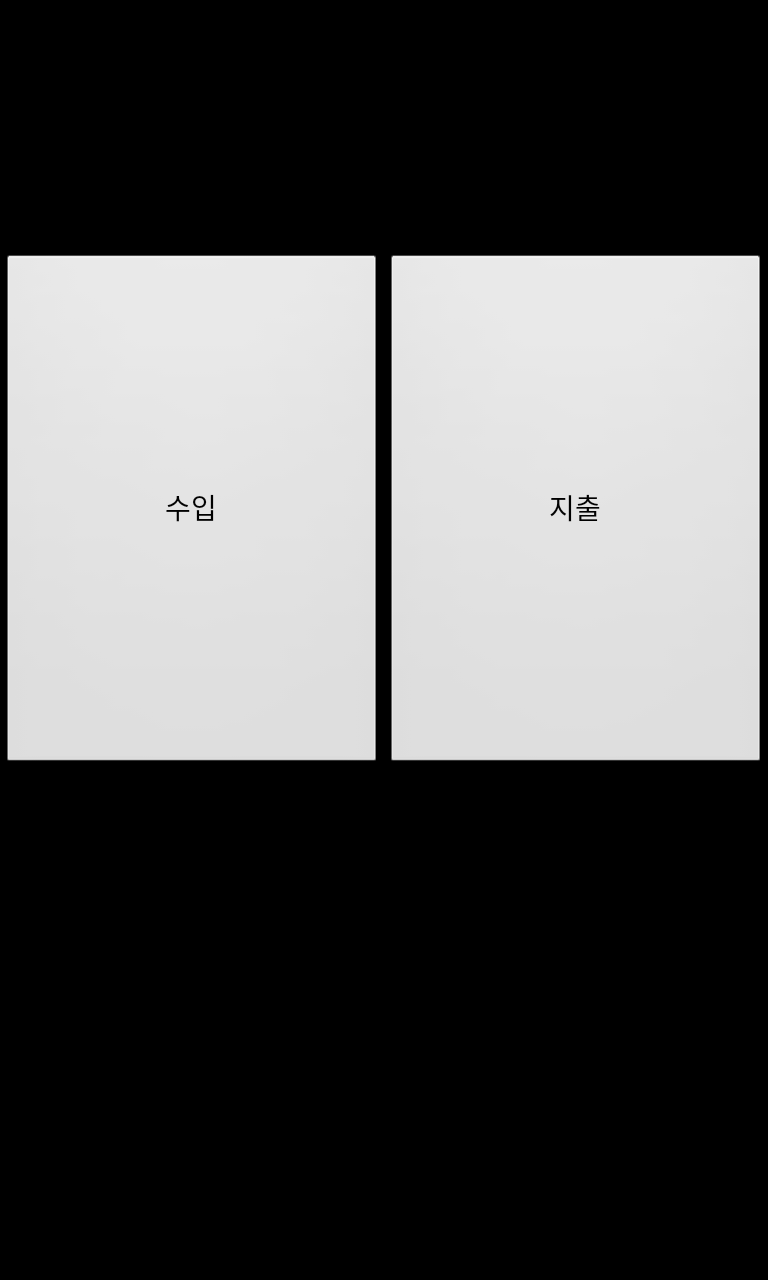
Repository: limjunghoon/fmfinance
Layout: trunk/Sample/Test/FmFinanceLayout/res/layout/main.xml
These files come from the project's save history. The layout is drawn as it stood at one moment and after the next save; the edit follows.
It is drawn on a 768 x 1280 px phone screen (xhdpi) without system bars, with theme android:Theme; the app's code is not run.

Above is the layout before, as saved 2010-07-13 08:27:46.

After the next save:
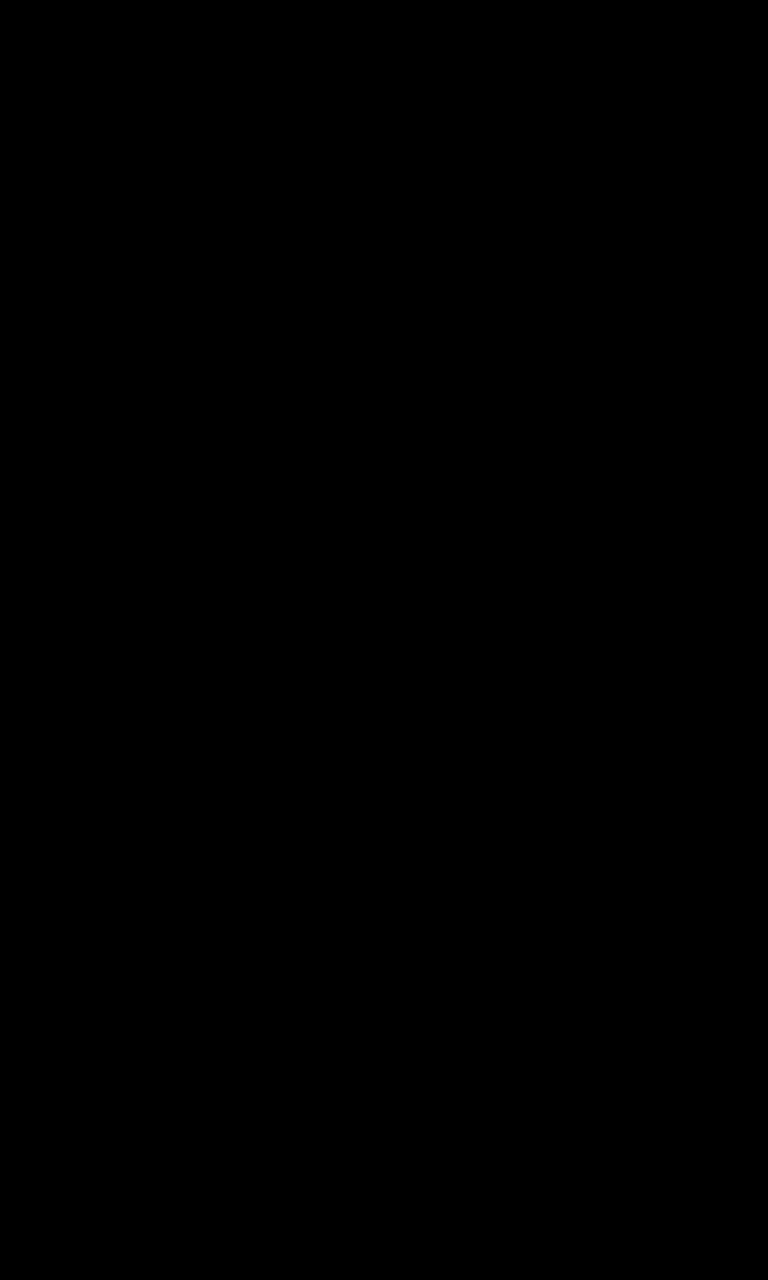
Saved 24 s later.
--- a/trunk/Sample/Test/FmFinanceLayout/res/layout/main.xml
+++ b/trunk/Sample/Test/FmFinanceLayout/res/layout/main.xml
@@ -10,9 +10,7 @@
 
 </LinearLayout>
 <LinearLayout android:id="@+id/LinearLayoutIncomeExpensRate" android:layout_width="fill_parent" android:layout_weight="2" android:layout_height="wrap_content"></LinearLayout>
-<LinearLayout android:id="@+id/LinearLayoutIncomeExpensBtn" android:layout_weight="5" android:layout_width="fill_parent" android:layout_height="wrap_content"><Button android:id="@+id/Button01" android:layout_height="fill_parent" android:layout_width="wrap_content" android:text="수입" android:layout_weight="1"></Button>
-<Button android:id="@+id/Button02" android:layout_height="match_parent" android:layout_width="wrap_content" android:text="지출" android:layout_weight="1"></Button>
-</LinearLayout>
+
 <LinearLayout android:id="@+id/LinearLayoutTodayInfo" android:layout_width="fill_parent" android:layout_weight="4" android:layout_height="wrap_content" android:orientation="vertical">
 
 

After the save that followed:
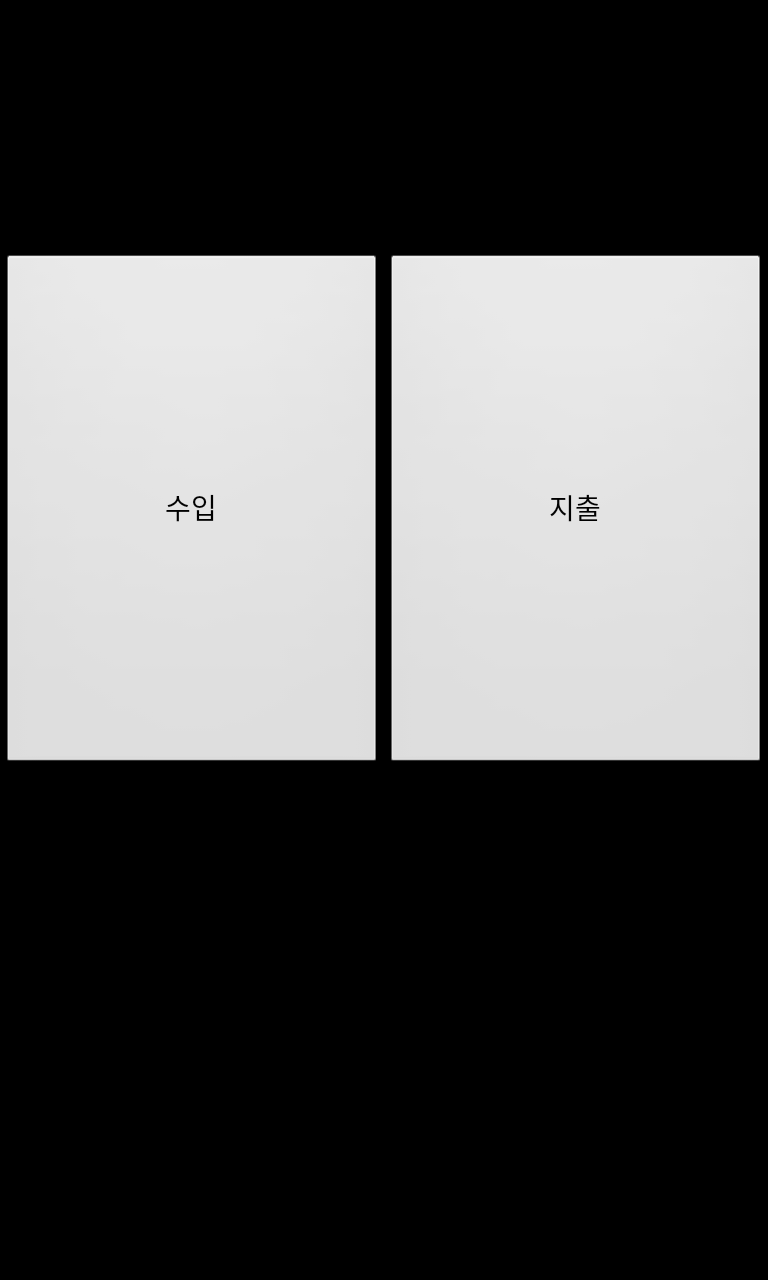
Saved 26 s later.
--- a/trunk/Sample/Test/FmFinanceLayout/res/layout/main.xml
+++ b/trunk/Sample/Test/FmFinanceLayout/res/layout/main.xml
@@ -10,7 +10,9 @@
 
 </LinearLayout>
 <LinearLayout android:id="@+id/LinearLayoutIncomeExpensRate" android:layout_width="fill_parent" android:layout_weight="2" android:layout_height="wrap_content"></LinearLayout>
-
+<LinearLayout android:id="@+id/LinearLayoutIncomeExpensBtn" android:layout_weight="5" android:layout_width="fill_parent" android:layout_height="wrap_content"><Button android:id="@+id/Button01" android:layout_height="fill_parent" android:layout_width="wrap_content" android:text="수입" android:layout_weight="1"></Button>
+<Button android:id="@+id/Button02" android:layout_height="match_parent" android:layout_width="wrap_content" android:text="지출" android:layout_weight="1"></Button>
+</LinearLayout>
 <LinearLayout android:id="@+id/LinearLayoutTodayInfo" android:layout_width="fill_parent" android:layout_weight="4" android:layout_height="wrap_content" android:orientation="vertical">
 
 
